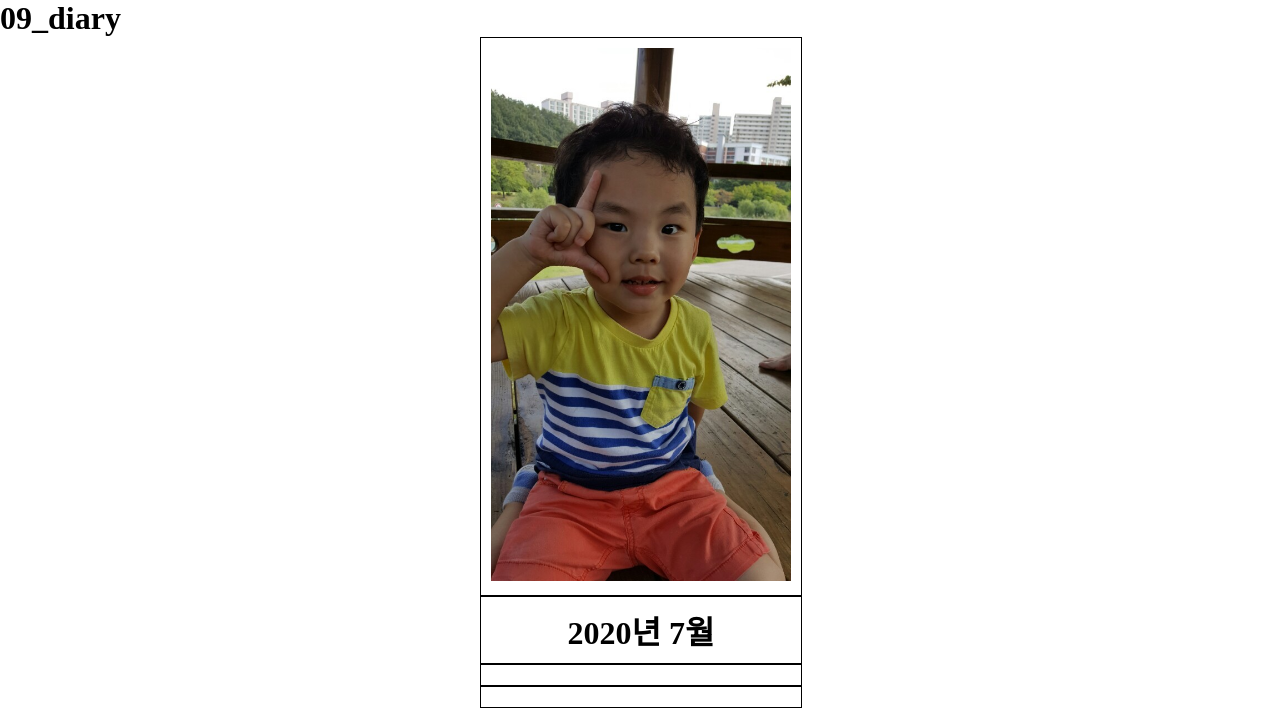
Repository: psun2/Korea-IT-Academy
Page: (back up) _ 오전/study_a/web_work/scriptProj/WebContent/first/09_diary.html
These files come from the project's save history. The page is drawn as it stood at one moment and after the next save; the edit follows.
The browser window is 1280 px wide. The pictures show the whole page.

Above is the page before, as saved 2020-07-31 01:35:32.

After the next save:
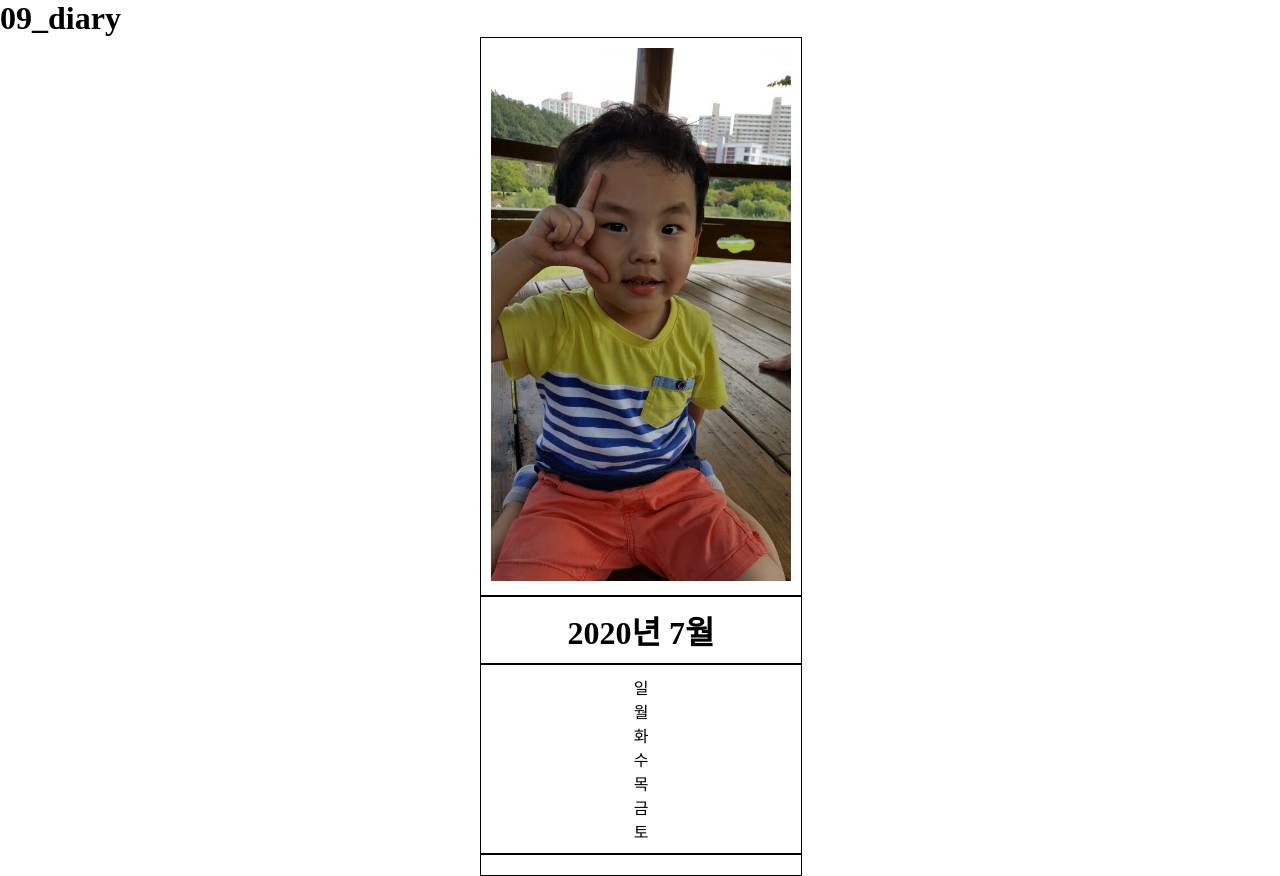
Saved 33 s later.
--- a/(back up) _ 오전/study_a/web_work/scriptProj/WebContent/first/09_diary.html
+++ b/(back up) _ 오전/study_a/web_work/scriptProj/WebContent/first/09_diary.html
@@ -32,7 +32,15 @@
 	<div>
 		<h1>2020년 7월</h1>
 	</div>
-	<div></div>
+	<div>
+		<div>일</div>
+		<div>월</div>
+		<div>화</div>
+		<div>수</div>
+		<div>목</div>
+		<div>금</div>
+		<div>토</div>
+	</div>
 	<div></div>
 </div>
 </body>
